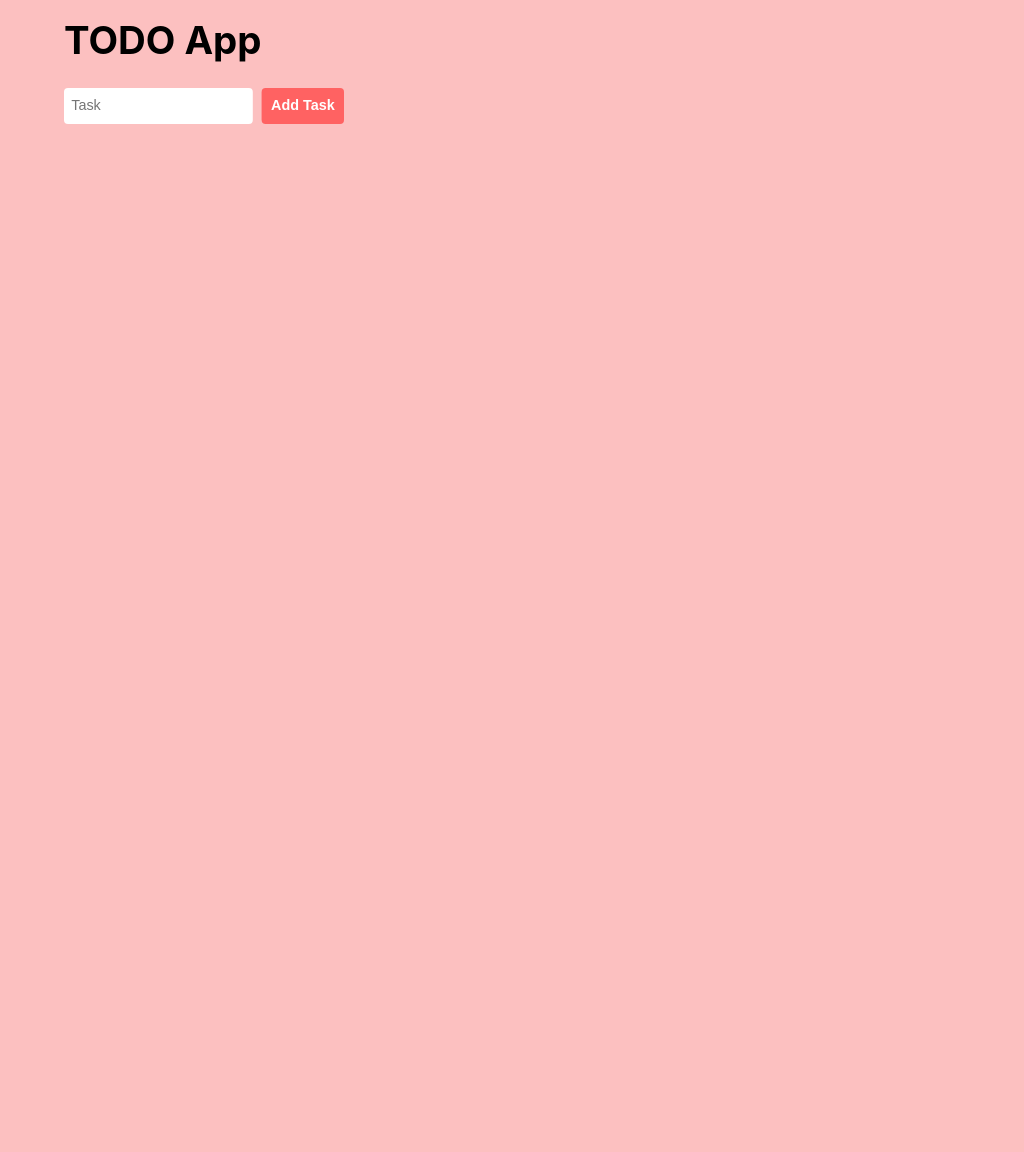
Repository: BhanuKaukuntla/TodoApp
Page: /
An editor plug-in stored every save of this project. The page is shown before and after the next save, followed by the edit.
The browser window is 1280 px wide. The pictures show the whole page, at 80% of full size.
The project was rebuilt for these pictures with package versions that can differ from the ones it lists, and the page was loaded fresh each time. Also part of the build but not shown: src/components/TodoItem/TodoItem.js.

Above is the page before, as saved 2021-12-04 10:10:50.

After the next save:
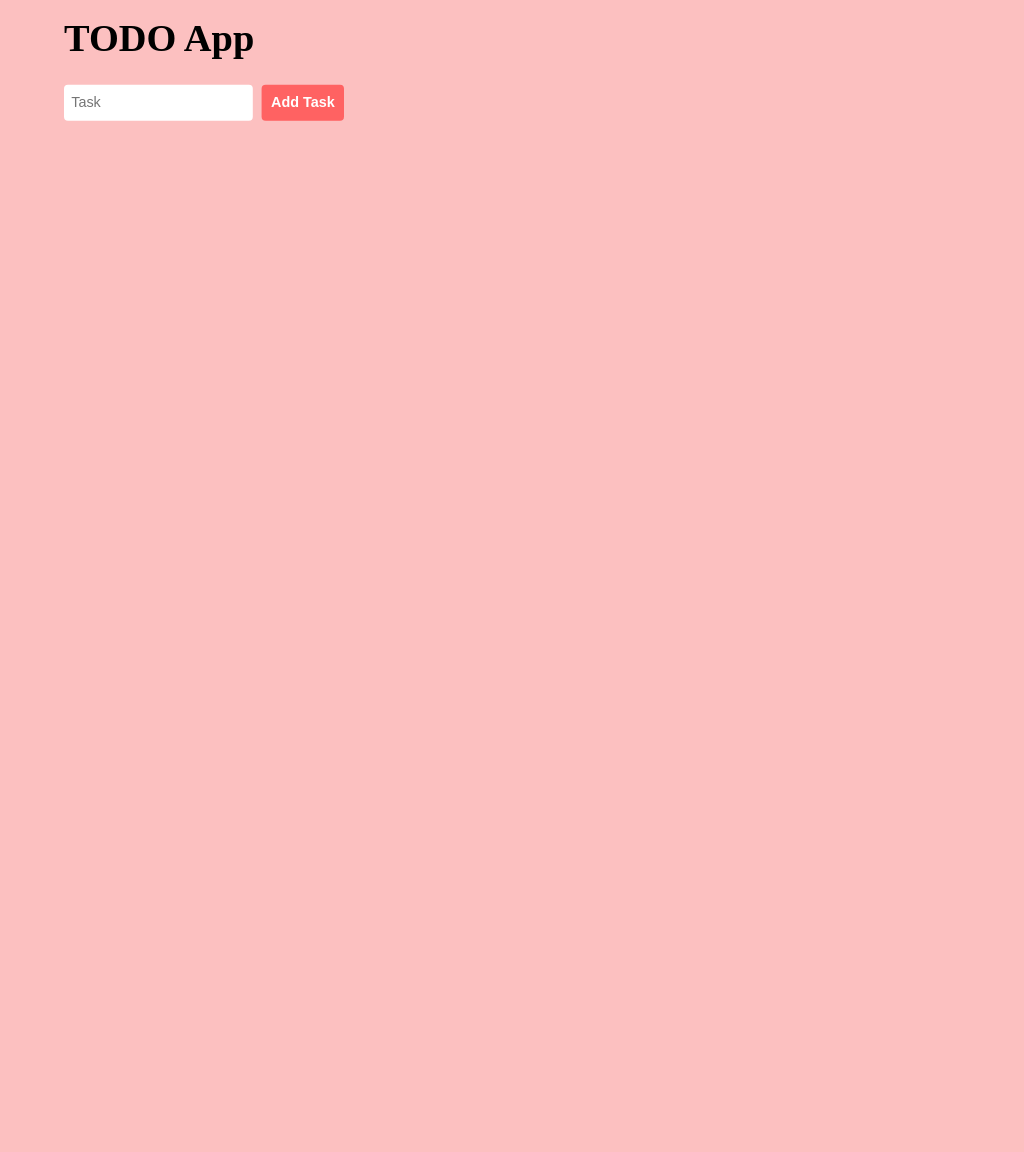
Saved 96 s later.
--- a/src/index.css
+++ b/src/index.css
@@ -34,6 +34,7 @@ body {
   padding-top: 20px;
   margin-left: 5rem;
   font-size: xxx-large;
+  font-family: 'Times New Roman', Times, serif;
 }
 
 .todoInput{
